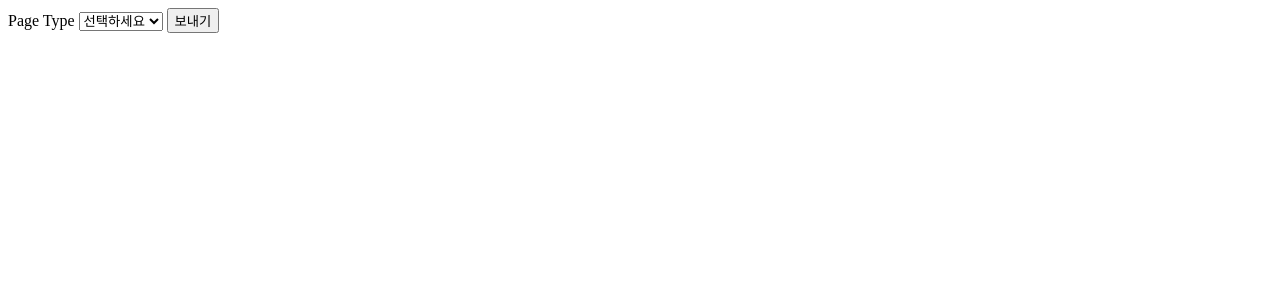
Repository: hhw9797/bitcampjn201904
Page: http://localhost/FirstWeb/actiontag/select.jsp
An editor plug-in stored every save of this project. The page is shown before and after a run of saves, followed by the edit.
The browser window is 1280 px wide. The pictures show the whole page.
The page is served by Tomcat 9. Other server files are loaded and not shown.

Above is the page before, as saved 2019-06-20 02:45:53.

### html/html5/jsp/FirstWeb/WebContent/actiontag/select.jsp
<%@ page language="java" contentType="text/html; charset=UTF-8"
    pageEncoding="UTF-8"%>
<!DOCTYPE html>
<html>
<head>
<meta charset="UTF-8">
<title>Insert title here</title>
<script src="https://code.jquery.com/jquery-1.12.4.js"></script>
<style>

</style>
</head>
<body>
	<form action="page.jsp" method="get">

		<input type="hidden" name="no" value="0">

		Page Type
		<select name="type">
			<option>선택하세요</option>
			<option value="a">A</option>
			<option value="b">B</option>
			<option value="c">C</option>
		</select>
		<input type="submit" value="보내기">

	</form>
</body>
</html>

After the next 2 saves:
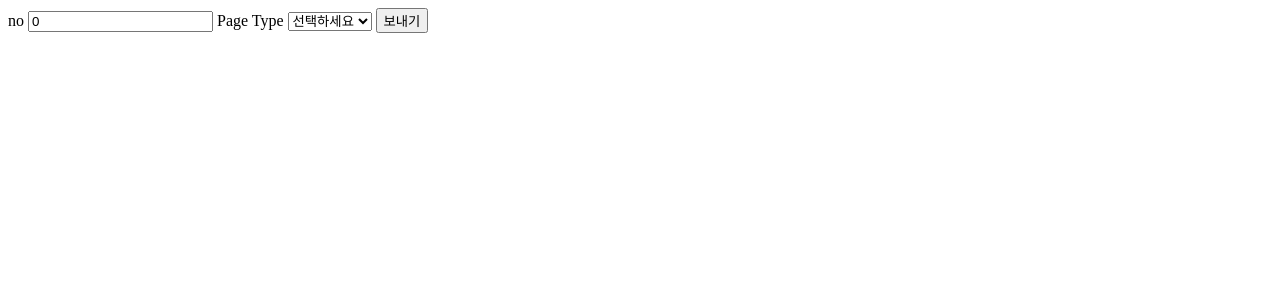
The 2 saves are shown as one change because 1 did not build or start.
The last was saved 2 min 10 s later.
--- a/html/html5/jsp/FirstWeb/WebContent/actiontag/select.jsp
+++ b/html/html5/jsp/FirstWeb/WebContent/actiontag/select.jsp
@@ -13,7 +13,7 @@
 <body>
 	<form action="page.jsp" method="get">
 
-		<input type="hidden" name="no" value="0">
+		no <input type="text" name="no" value="0">
 
 		Page Type
 		<select name="type">
